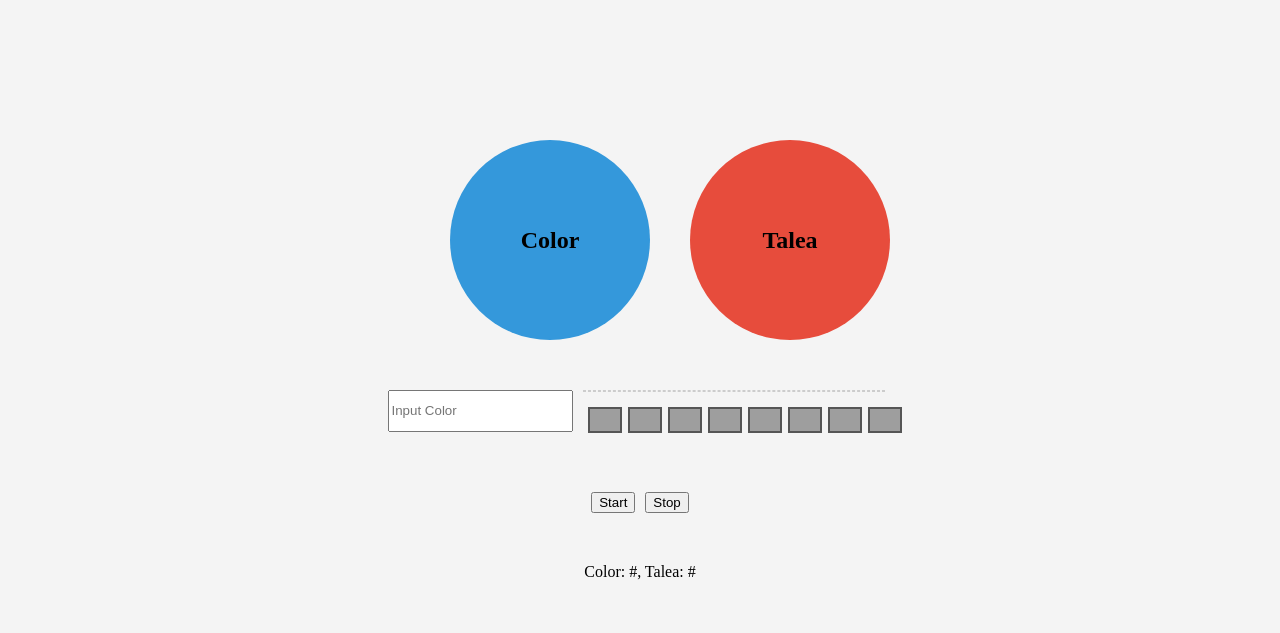
Repository: boshi-an/Isorhythm
Page: .vscode/Isorhythm/index.html
An editor plug-in stored every save of this project. The page is shown before and after the next save, followed by the edit.
The browser window is 1280 px wide. The pictures show the whole page.
Pictures or frames that could not be fetched are drawn as grey boxes.

Above is the page before, as saved 2023-10-19 01:14:21.

After the next save:
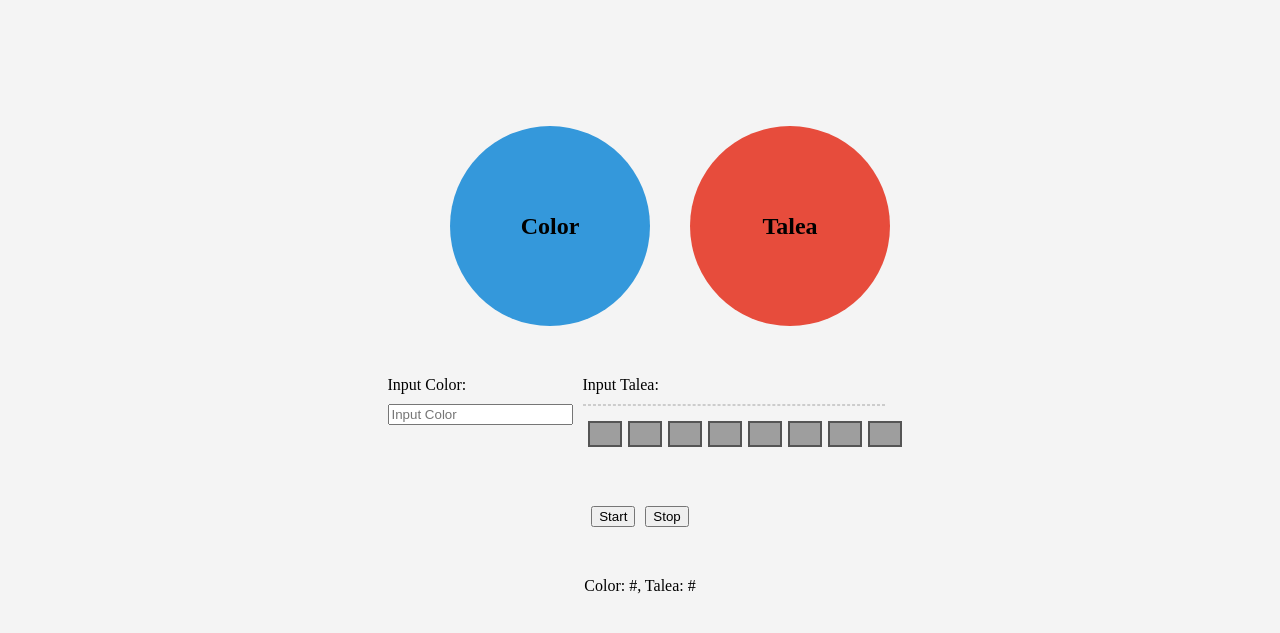
Saved 2 min 47 s later.
--- a/.vscode/Isorhythm/index.html
+++ b/.vscode/Isorhythm/index.html
@@ -18,8 +18,12 @@
         </div>
     </div>
     <div class="inputContainer">
-        <input type="text" id="input1" placeholder="Input Color">
         <div class="taleaInputContainer">
+            <div class="h3">Input Color:</div>
+            <input type="text" id="input1" placeholder="Input Color">
+        </div>
+        <div class="taleaInputContainer">
+            <div class="h3">Input Talea:</div>
             <div class="imageArea" id="noteInputBox"></div>
             <!-- <div class="taleaInputBox">
                 <input type="text" id="input2" placeholder="Input Talea" disabled>
